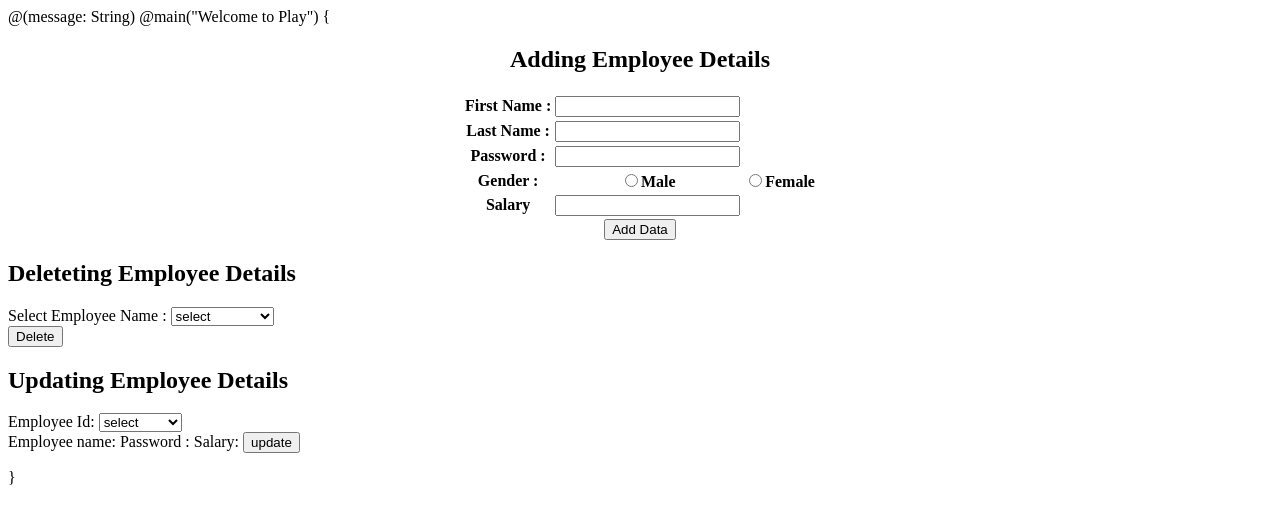
Repository: PoonamDeokar/SalesTool
Page: CrudDemo/app/views/index.scala.html
The author's editor kept a copy of each file at every save. The page is drawn from the files as they stood at one save, then again after the next save.
The browser window is 1280 px wide. The pictures show the whole page.

Above is the page before, as saved 2016-09-16 06:30:47.

### CrudDemo/app/views/index.scala.html

@(message: String)

@main("Welcome to Play") {


  	<form action ="@routes.HomeController.addEmp()" method="post">

    	<center>
    	<h2>Adding Employee Details </h2>
    	<table>
    	<tr>
    		<th>First Name :</th>
    		<th><input type="text" name="fname"></th>
    	</tr>
    	<tr>
    		<th>Last Name :</th>
    		<th><input type="text" name="lname"></th>
    	</tr>
    	<tr>
    		<th>Password :</th>
    		<th><input type="password" name="pass"></th>
    	</tr>
    	<tr>
    		<th>Gender :</th>
    		<th><input type="radio" name="gen" value="male">Male<br></th>
    		<th><input type="radio" name="gen" value="fmale">Female<br></th>
    	</tr>
    	<tr>
    		<th>Salary</th>
    		<th><input type="text" name="sal"></th>
    	</tr>

    	 </table>
    	 <input type="submit"  value="Add Data"/>
    	</center>
    </form>

    <from action="@routes.HomeController.deleteEmp()" method="post">
    <h2>Deleteting Employee Details</h2>

    Select Employee Name : <select fname="fname">
    <option value="0">select</option>
    @for(emp<-Employee.find.all){
    	<option value=@emp.fname>@emp.fname</option>
    }
    </select><br>
    <input type="submit" value="Delete"/>

    </from>

    <form action="@routes.HomeController.updateEmp()" method="get">
    <h2>Updating Employee Details</h2>
    Employee Id: <select eid="eid">
    	<option value="0">select</option>
    	@for(emp<-Employee.find.all){
    		<option value=@emp.eid>@emp.eid</option>
    	}
    </select><br>
    Employee name:
    Password :
    Salary:
    <input type="submit" value="update"/>

    </form>

}

After the next save:
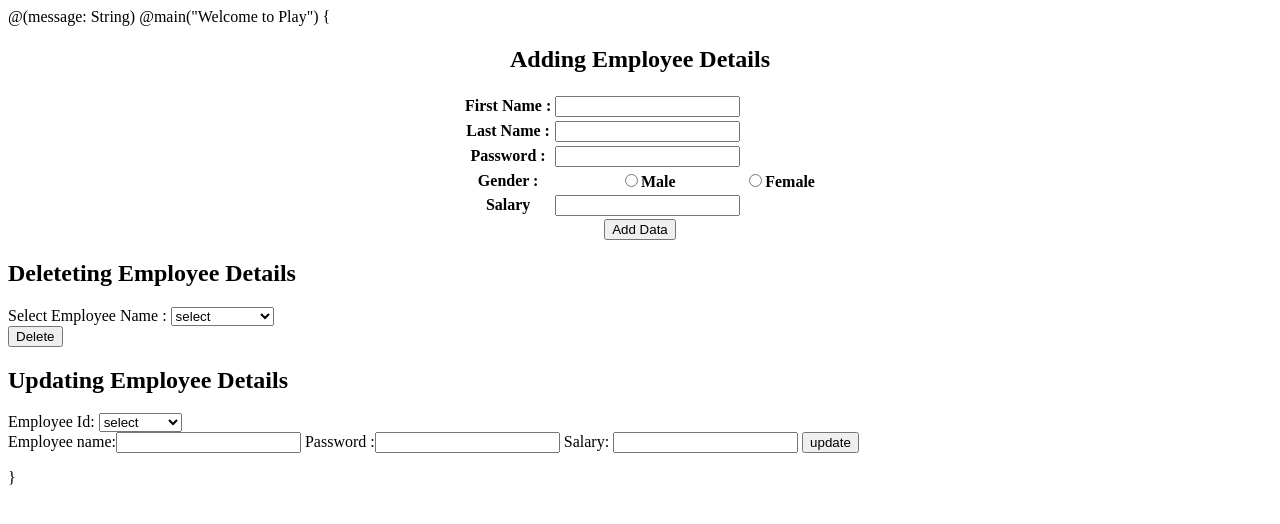
Saved 71 s later.
--- a/CrudDemo/app/views/index.scala.html
+++ b/CrudDemo/app/views/index.scala.html
@@ -57,9 +57,9 @@
     		<option value=@emp.eid>@emp.eid</option>
     	}
     </select><br>
-    Employee name:
-    Password :
-    Salary:
+    Employee name:<input type="text" name="fname"/>
+    Password :<input type="password" name="pass"/>
+    Salary: <input type="text" name="sal"/>
     <input type="submit" value="update"/>
 
     </form>
